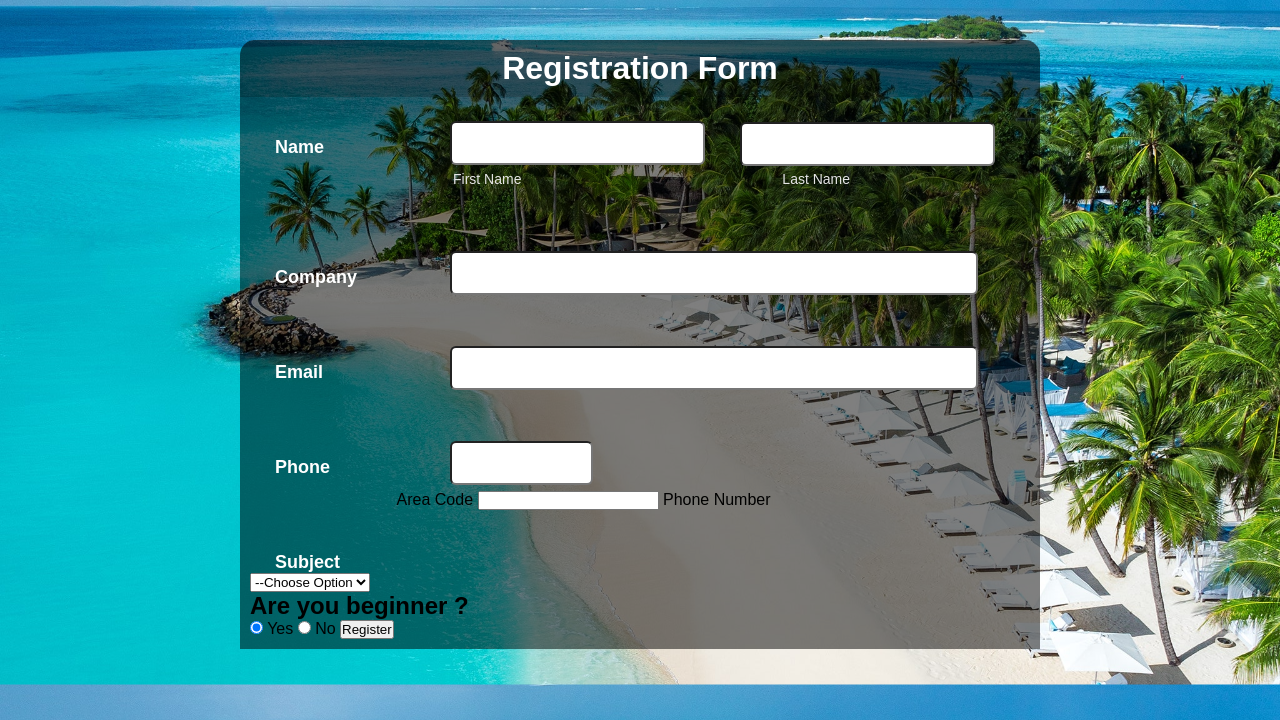
Repository: sudeepa88/Registration-Form
Page: registration.html
The author's editor kept a copy of each file at every save. The page is drawn from the files as they stood at one save, then again after the next save.
The browser window is 1280 px wide. The pictures show the whole page.

Above is the page before, as saved 2022-01-11 23:33:55.

### registration.html
<!DOCTYPE html>
<html lang="en">
<head>
    <meta charset="UTF-8">
    <meta http-equiv="X-UA-Compatible" content="IE=edge">
    <meta name="viewport" content="width=device-width, initial-scale=1.0">
    <title>Document</title>
    <style type="text/css">
        *{
            margin:0;
            padding:0;
        }
       body{
           background-image: url(img/beach.jpeg);
           background-position: center;
           background-size: cover;
           font-family: sans-serif;
           margin-top: 40px;
       }
       .regform{
           width: 800px;
           background-color: rgb(0,0,0,0.6);
           margin:auto;
           color: #FFFFFF;
           padding: 10px 0px 10px 0px;
           text-align:  center;
           border-radius: 15px 15px 0px 0px;

       }
    .main{
        background-color: rgb(0,0,0,0.5);
        width:800px;
        margin: auto;

    }
    form{
        padding:10px;

    }
   #name{
       width: 100%;
       height: 100px;
   }
   .name{
       margin-left: 25px;
       margin-top: 30px;
       width: 125px;
       color: #FFFFFF;
       font-size: 18px;
       font-weight: 700;
   }
   .firstname{
       position: relative;
       left:200px;
       top:-37px;
       line-height: 40px;
       border-radius: 6px;
       padding: 0 22px;
       font-size: 16px;
   }
   .lastname{
       position:relative;
       left:417px;
       top:-80px;
       line-height: 40px;
       border-radius: 6px;
       padding:0 22px;
       font-size:16px;
       color:#555;
   }
   .firstlabel{
       position: relative;
       color: #E5E5E5;
       text-transform: capitalize;
       font-size: 14px;
       left:203px;
       top: -45px;
   }
   .lastlabel{
    position: relative;
       color: #E5E5E5;
       text-transform: capitalize;
       font-size: 14px;
       left:200px;
       top: -45px;
   }
   .company{
       position: relative;
       left: 200px;
       top:-37px;
       line-height: 40px;
       width: 480px;
       border-radius: 6px;
       padding: 0 22px;
       font-size: 16px;
       color:#555;
   }
   .email{
    position: relative;
       left: 200px;
       top:-37px;
       line-height: 40px;
       width: 480px;
       border-radius: 6px;
       padding: 0 22px;
       font-size: 16px;
       color:#555;

   }
   .code{
    position: relative;
       left: 200px;
       top:-37px;
       line-height: 40px;
       width: 95px;
       border-radius: 6px;
       padding: 0 22px;
       font-size: 16px;
       color:#555;

   }
    </style>
</head>
<body>
    <div class="regform"><h1>Registration Form </h1></div>

    <div class="main">
        <form>
             <div id="name">
                 <h2 class="name">Name</h2>
                 <input class ="firstname" type="rext" name="first_name"><br>
                 <label class="firstlabel">first name</label>
                 <input class="lastname" type="text" name="last_name">
                 <label class="lastlabel">last name</label>


             </div>
             <h2 class="name">Company</h2>
             <input class="company" type="text" name="company">

             <h2 class="name">Email</h2>
             <input class="email" type="text" name="email">

             <h2 class="name">Phone</h2>
             <input class="code" type="text" name="area_code">
             <label class="area-code">Area Code </label>
             <input class="number" type="text" name="phone">
             <label class="phone-number">Phone Number</label>

             <h2 class="name">Subject</h2>
             <select class="option" name="subject">
                 <option disabled="disabled" selected="selected">--Choose Option</option>

                 <option>Subject 1</option>
                 <option>Subject 2</option>
                 <option>Subject 3</option>
                 <option>Subject 4</option>
             </select>
             <h2 id="student">Are you beginner ? </h2>
             <label class="radio">
                 <input class="radio-one" type="radio" checked="checked" name="">
                 <span class="checkmark"></span>
                 Yes
             </label>


             <label class="radio">
                <input class="radio-two" type="radio"  name="">
                <span class="checkmark"></span>
                No
            </label>

            <button type="submit">Register</button>
        </form>
    </div>
</body>
</html>

After the next save:
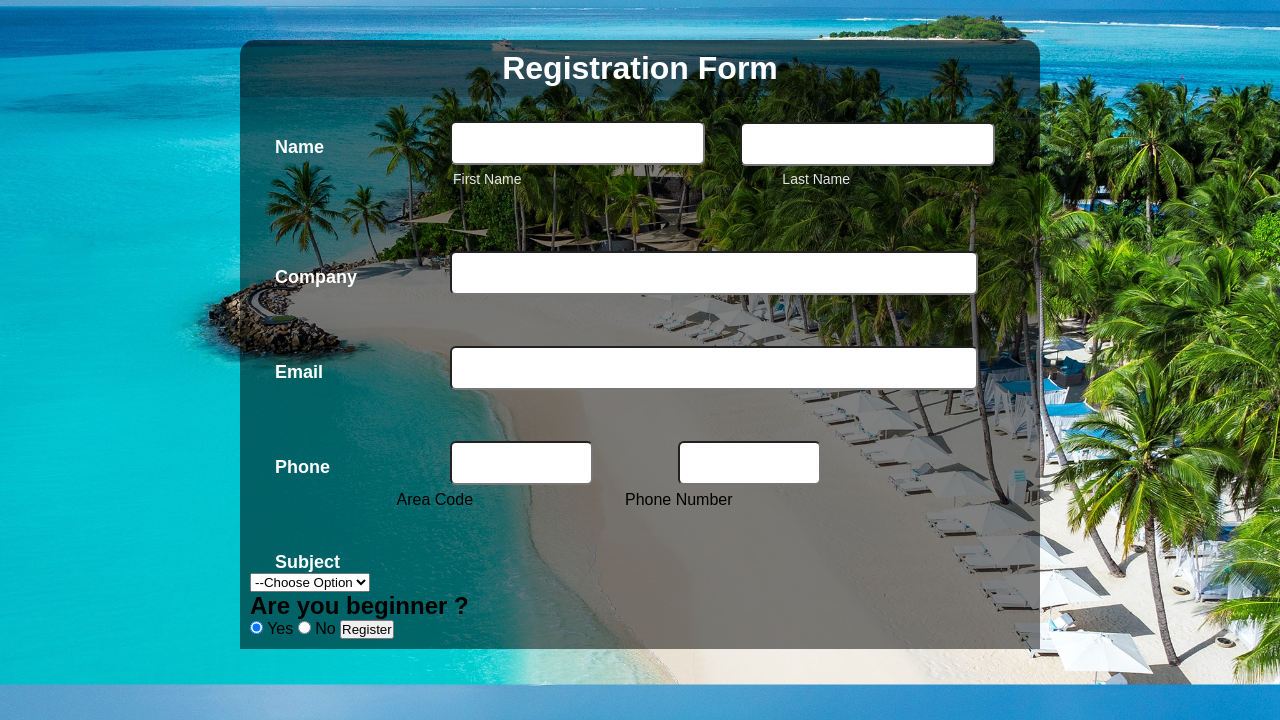
Saved 47 s later.
--- a/registration.html
+++ b/registration.html
@@ -119,6 +119,17 @@
        color:#555;
 
    }
+   .number{
+    position: relative;
+       left: 200px;
+       top:-37px;
+       line-height: 40px;
+       width: 95px;
+       border-radius: 6px;
+       padding: 0 22px;
+       font-size: 16px;
+       color:#555;
+   }
     </style>
 </head>
 <body>
